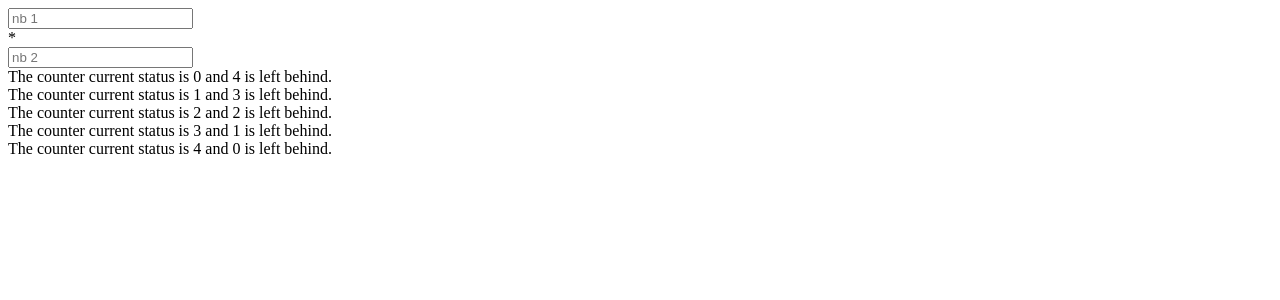
Repository: szilarddenes/learn-js
Page: index.html
The author's editor kept a copy of each file at every save. The page is drawn from the files as they stood at one save, then again after the next save.
The browser window is 1280 px wide. The pictures show the whole page.

Above is the page before, as saved 2020-07-01 19:54:19.

### index.html
<!-- src: https://www.youtube.com/watch?v=CXnnw9rQH5I&list=PLpcSpRrAaOaoIqHQddZOdbRrzr5dJtgSs&index=4 -->

<!DOCTYPE html>
<html lang="en">

<head>
    <meta charset="UTF-8">
    <meta name="viewport" content="width=device-width, initial-scale=1.0">
    <title>Document</title>
</head>

<body>
    <input type="number" id="inputField" placeholder="nb 1"><br>
    <div>*</div>
    <input type="number" id="inputField2" placeholder="nb 2"><br>
    <script>
        // objects

        let cat = {
            name: "Fluffy",
            age: 2,
            foods: {
                favorite: "dry food",
                secondFavorite: "fish",
            },
            eyeColor: "orange",
            meow() {

                console.log("I say meeeeeeowwww");

            },
            end() {
                console.log(`this is the end`);
            }
        }
        let catTwo = {
            name: "Repa",
            age: 3,
            foods: {
                favorite: "minden",
                secondFavorite: "fish",
            },
            eyeColor: "blue",
            meow() {

                console.log("I say meeeeeeowwww");

            },
            end() {
                console.log(`this is the end`);
            }
        }
        cat.meow()


        //arrays

        let myFavouriteNumbers = [9, 7, 3, 4, 30]
        let myFavoriteColoros = ["yellow", "green"]
        let myPets = [{
            cat: "Meowsalot",
            species: "dagi"
        }, {
            catTwo: "repacica",
            species: "dagi2"

        }, {
            catThree: "REPA",
            species: "dagi3"
        }]

        //adding to array
        myFavoriteColoros.push("black")
        console.log("myFavoriteColoros", myFavoriteColoros)

        //having different functions to numbers and strings
        let mynamme = "szisz"
        let myNumber = 7.89
        console.log("myNumber", myNumber.toFixed())
        console.log("mynamme", mynamme.toUpperCase())

        //removing from array based on index -- 0 starter
        myFavoriteColoros.splice(2)
        console.log("myFavoriteColoros", myFavoriteColoros)

        //sort and addressing arrays

        console.log("myPets", myPets[0].species)
        console.log("myPets.length", myPets.length)
        for (i = 0; i <= myPets.length; i++) {

            console.log(myPets[i].species)
            console.log(myPets[i])
            i++
        }

        //while loop

        let counter = 0
        while (counter <= 4) {
            // document.write('The counter current status is' + counter + 'and' + (13 - counter) + 'is left behind.')
            console.log('The counter current status is ' + counter + ' and ' + (4 - counter) + ' is left behind.<br>')

            document.write('The counter current status is ' + counter + ' and ' + (4 - counter) + ' is left behind.<br>')
            counter++
        }

        // function

        // function doubleMe(x) {
        //     return x * 2
        // }

        // function in function
        inputAny = document.querySelectorAll('input')
        console.log("inputAny", inputAny)

        inputAny[0,1].addEventListener('input', function (evt) {

        let input1 = document.getElementById('inputField').value
        console.log("input1", input1)

        let input2 = document.getElementById('inputField2').value
        console.log("input2", input2)

        window.input1 = input1
        window.input2 = input2
        function szorzas(input1) {
            return function(input2) {
                let res= input1*input2
                window.res = res
                console.log(`in tha funciton`,res)
               return

            }
        }

        // var result= szorzas(input2)
        // console.log("result", result)
        //document.write('this is the result= ' + res)
        })



        //






// input.addEventListener('input',createMultiplier(input.value))

        // let doubleMe = createMultiplier(2)
        // let tripleMe = createMultiplier(3)

        // let input = createMultiplier(8)



    //document.write('the result is ' + res)

        //end
    </script>

</body>


</html>

After the next save:
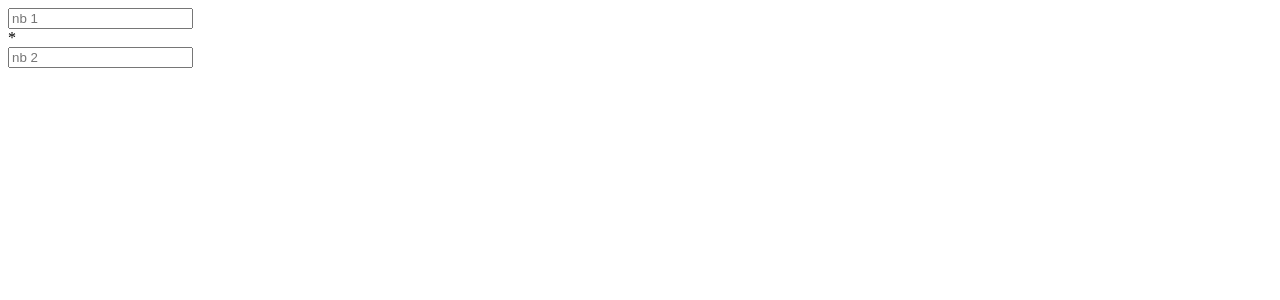
Console error: SyntaxError: Unexpected token '}'
Saved 7 s later.
--- a/index.html
+++ b/index.html
@@ -134,7 +134,7 @@
 
             }
         }
-
+           test=
         // var result= szorzas(input2)
         // console.log("result", result)
         //document.write('this is the result= ' + res)

After the 2 saves that followed:
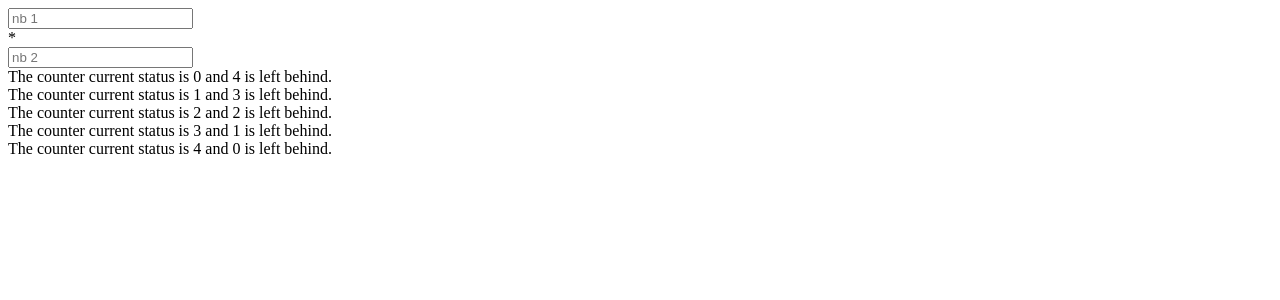
The error is gone.
The 2 saves are shown as one change because 1 left the picture as it was.
The last was saved 12 s later.
--- a/index.html
+++ b/index.html
@@ -134,7 +134,7 @@
 
             }
         }
-           test=
+           let test=szorzas()
         // var result= szorzas(input2)
         // console.log("result", result)
         //document.write('this is the result= ' + res)
